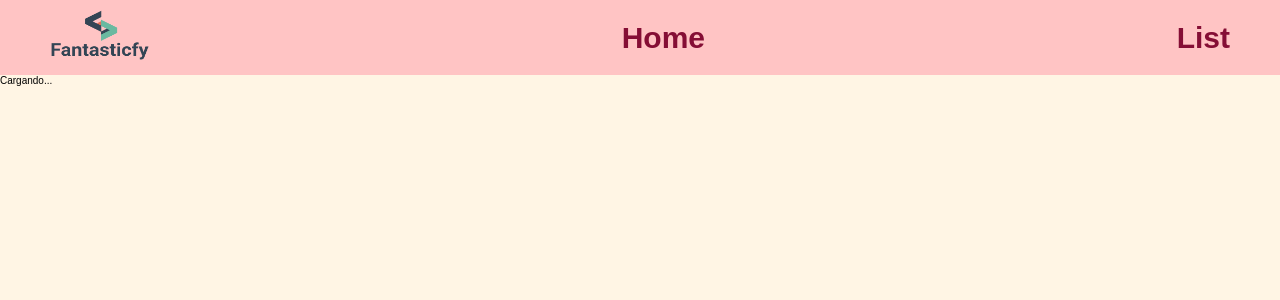
Repository: ChristianGecchelin/fullstack-react-node-fantasticfy
Page: /user-list (app in front/)
An editor plug-in stored every save of this project. The page is shown before and after the next save, followed by the edit.
The browser window is 1280 px wide. The pictures show the whole page.
The page's requests for data from a server got no answer. The project was rebuilt for these pictures with package versions that can differ from the ones it lists, and the page was loaded fresh each time. No one was signed in, and anything a server would have sent is missing. Also part of the build but not shown: front/src/Components/UserCard/index.jsx, front/src/Pages/UserProfile.jsx, front/src/App.css.

Above is the page before, as saved 2022-09-03 22:30:20.

### front/src/index.css
:root{
  --main-color:#FFF5E4;
  --secondary-color:#FFC4C4;
  --third-color:#EE6983;
  --fourth-color:#850E35;
}
* {
  margin: 0;
  padding: 0;
  box-sizing: border-box;
}
html {
  font-size: 62.5%;
  font-family: sans-serif;
}
html,body{
  background-color:var(--main-color)
}
ul{
  list-style: none;
}
a{
  text-decoration: none;
}

### front/src/App.js
import { Routes, Route, Link } from "react-router-dom";
import { UserList } from "./Pages/UserList";
import { UserProfile } from "./Pages/UserProfile";
import { Nav } from "./Components/nav/Nav";
import "./App.css";

function App() {
  return (
    <div className="App">
      <Nav />
      <Routes>
        <Route path="/user-list" element={<UserList />} />
        <Route path="/user-profile" element={<UserProfile />} />
      </Routes>
    </div>
  );
}

export default App;

### front/src/Pages/UserList.jsx
import { useEffect, useState } from "react";
import axios from "axios";
import { UserCard } from "../Components/UserCard";
export const UserList = () => {
  const [list, setList] = useState([]);

  const getUsers = async () => {
    const response = await axios.get("http://localhost:5005/users");
    setList(response.data);
  };

  useEffect(() => {
    getUsers();
  }, []);

  return (
    <section className="card-list">
      {list.length > 0 ? (
        list.map((user) => {
          console.log(user);
          return <UserCard />;
        })
      ) : (
        <p>Cargando...</p>
      )}
    </section>
  );
};

### front/src/Components/nav/Nav.jsx
import React from "react";
import logo from "../../Assets/logo-fantasticfy.webp";
import "./index.css";
export const Nav = () => {
  return (
    <nav>
      <ul>
        <li>
          <a href="/">
            <img src={logo} alt="fantasticfy" />
          </a>
        </li>
        <li>
          <a href="/">
            <h2>Home</h2>
          </a>
        </li>
        <li>
          <a href="/user-list">
            <h2>List</h2>
          </a>
        </li>
      </ul>
    </nav>
  );
};

### front/src/Components/nav/index.css
nav{
    height: auto;
    background-color: var(--secondary-color);
}
nav ul{
    display: flex;
    flex-direction: row;
    justify-content: space-between;
    align-items: center;
    padding: 10px 50px;
}
nav a{
    font-size: 2rem;
    line-height: 2.3rem;
    color: var(--fourth-color);
}
nav img{
    width: 100px;
    height: 50px;
}
nav a:visited{
    color: var(--fourth-color);
}

### front/src/Pages/index.css
.card-list{
    display: flex;
    flex-direction: row;
    flex-wrap: wrap;
    justify-content: center;
    align-items: center;
}

Loaded but not shown: front/public/index.html (common file); front/src/index.js (common file)

After the next save:
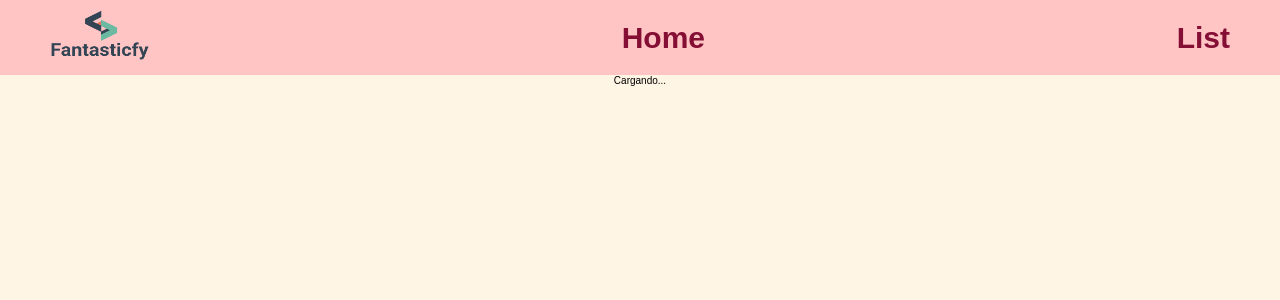
Saved 12 s later.
--- a/front/src/Pages/UserList.jsx
+++ b/front/src/Pages/UserList.jsx
@@ -1,6 +1,7 @@
 import { useEffect, useState } from "react";
 import axios from "axios";
 import { UserCard } from "../Components/UserCard";
+import "./index.css";
 export const UserList = () => {
   const [list, setList] = useState([]);
 
